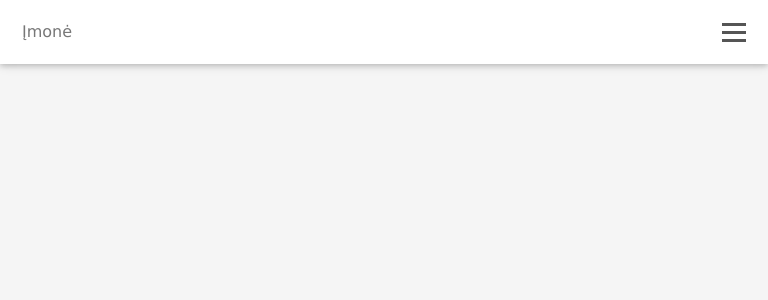
Repository: motiejus1/14-paskaita-05.31
Page: index.html
These files come from the project's save history. The page is drawn as it stood at one moment and after the next save; the edit follows.
The browser window is 768 px wide. The pictures show the whole page.
Some web libraries are served in a nearby version.

Above is the page before, as saved 2021-06-23 20:02:18.

### index.html
<!DOCTYPE html>
<html lang="en">
<head>
    <meta charset="UTF-8">
    <meta http-equiv="X-UA-Compatible" content="IE=edge">
    <meta name="viewport" content="width=device-width, initial-scale=1.0">
    <title>14 paskaita</title>

    <link rel="stylesheet" href="http://maxcdn.bootstrapcdn.com/font-awesome/latest/css/font-awesome.min.css">
    <style>
        html {
            font-size: 16px;
        }

        body {
            max-width: 1920px;
            margin: 0 auto;
            font-family: Verdana, Arial, sans-serif;
            line-height: 1.25rem;
            color:#333;
            background-color: #f5f5f5;
        }

        .container {
            width: 100%;
            margin: auto;
        }

        a {
            text-decoration: none;
            transition: all 0.3s ease;
        }

        .area {
            display: flex;
            /* flex-direction:row; */
            /* flex-wrap: wrap; */

            flex-flow: row wrap;
            align-items: stretch;
            justify-content: space-between;
            margin-left: auto;
        }

        .navbar-component {
            background-color: white;
            box-shadow: 0 2px 5px rgba(0,0,0,0.16), 0 2px 10px rgba(0,0,0,0.12);
        }

        .brand {
            display:block;
            font-size: 1rem;
            color: #777;
            margin: 1.375rem;
        }

        .list {
            display:flex;
        }

        .item {
            display: block;
            height: 4rem;
            line-height: 4rem;
            padding-left: 1.375rem;
            padding-right: 1.375rem;
            text-transform: uppercase;
            color: #555;
            font-size: 0.875rem;
        }

        .item.-link {
            border-bottom: 4px solid transparent;
        }

        .item.-link:hover {
            color: #333;
            border-bottom-color: #673ab7 ;
        }

        .icon {
            position:relative;
        }

        .icon, .icon:after, .icon:before {
            display: block;
            width: 1.5rem;
            height: 0.1875rem;
            background-color: #555555;
            transition: background-color 0.3s linear, transform 0.3s linear;

        }

        .icon:after, .icon:before {
            position:absolute;
            content:"";
        }

        .icon:after {
            top: 0.5rem;
        }

        .icon:before {
            top: -0.5rem;
        }

        .toggle {
            display: none;
            border: 0;
            background-color: transparent;
            cursor: pointer;
            padding: 1.375rem;
        }


        .toggle.active .icon {
            background-color: transparent;
        }

        .toggle.active .icon:before {
            transform: translateY(0.5rem) rotate(45deg);
        }

        .toggle.active .icon:after {
            transform: translateY(-0.5rem) rotate(-45deg);
        }

        .zalia {
            background-color: green ;
        }

        @media screen and (max-width: 791px) {
            .toggle {
                display:block;
            }

            .list {
                display:none;
                flex-flow: column wrap;
            }
        }


    </style>
</head>
<body>
    <div class="container">
        <div class="navbar-component">
            <div class="navbar area">
                <a href="#" class="brand">Įmonė</a>

                <nav id="navigation" class="list">
                    <a href="#" class="item -link">Pagrindinis</a>
                    <a href="#" class="item -link" >Straipsniai</a>
                    <a href="#" class="item -link">Projektai</a>
                    <a href="#"class="item -link">Resursai</a>
                    <a href="#" class="item -link">Apie mane</a>
                    <span class="item">
                        <i class="fa fa-search"></i>
                    </span>
                </nav>

                <button id="hamburger" class="toggle">
                    <span class="icon"></span>
                </button>

            </div>

        </div>
    </div>

</body>
</html>

After the next save:
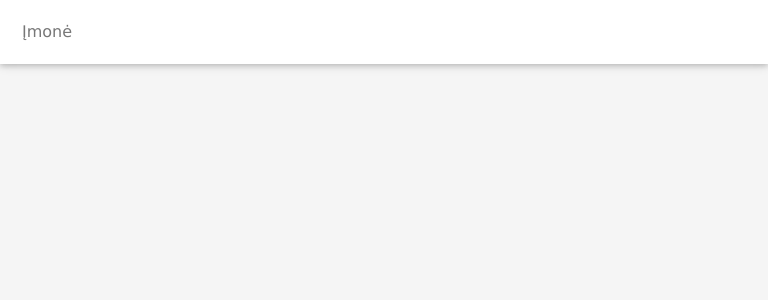
Saved 119 s later.
--- a/index.html
+++ b/index.html
@@ -130,6 +130,9 @@
         }
 
         @media screen and (max-width: 791px) {
+
+            .
+
             .toggle {
                 display:block;
             }
